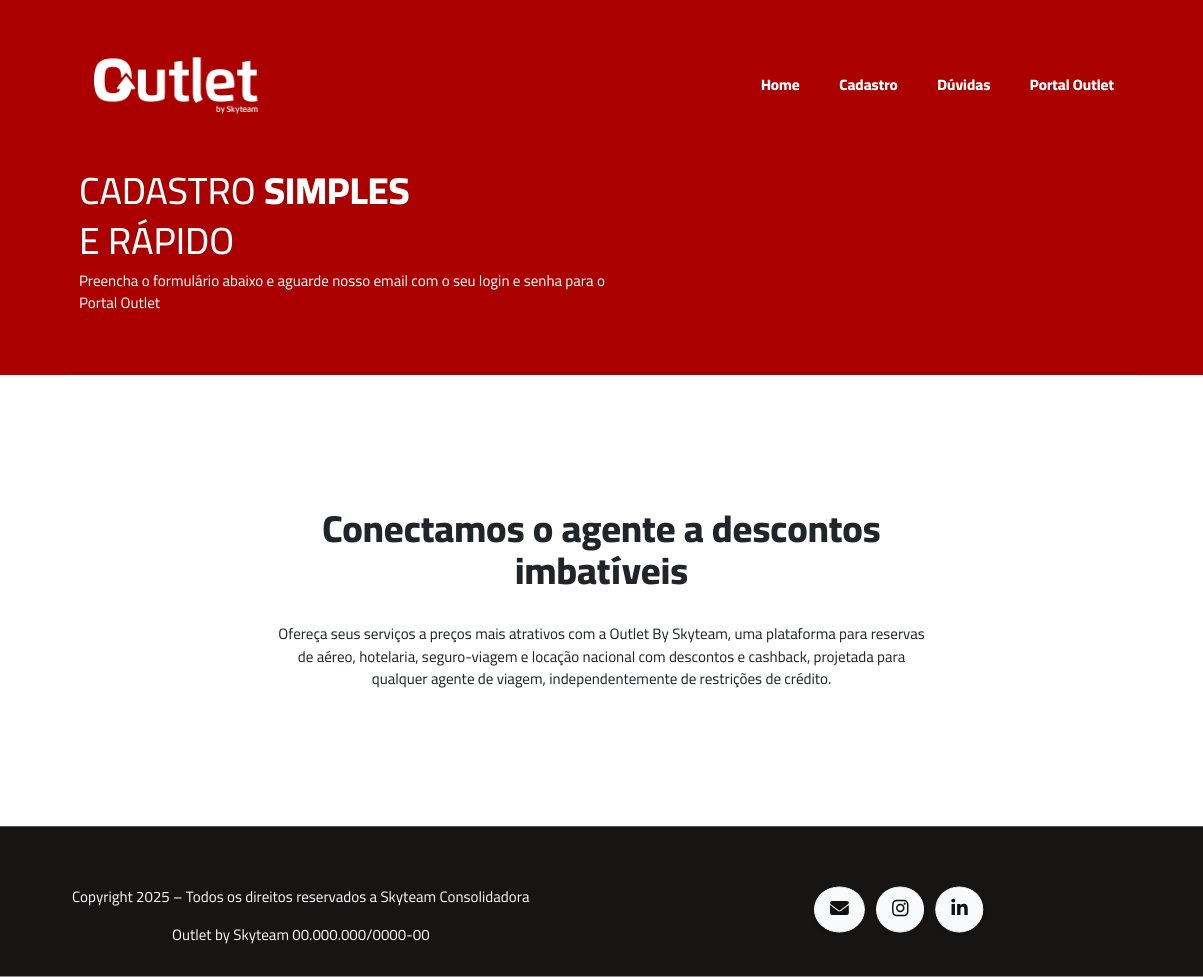
Repository: SkyTeam-Dev/Outlet_Site
Page: Site/Template_Page.html
An editor plug-in stored every save of this project. The page is shown before and after the next save, followed by the edit.
The browser window is 1280 px wide. The pictures show the whole page, at 94% of full size.
Some web libraries are served in a nearby version.

Above is the page before, as saved 2025-03-25 13:23:51.

After the next save:
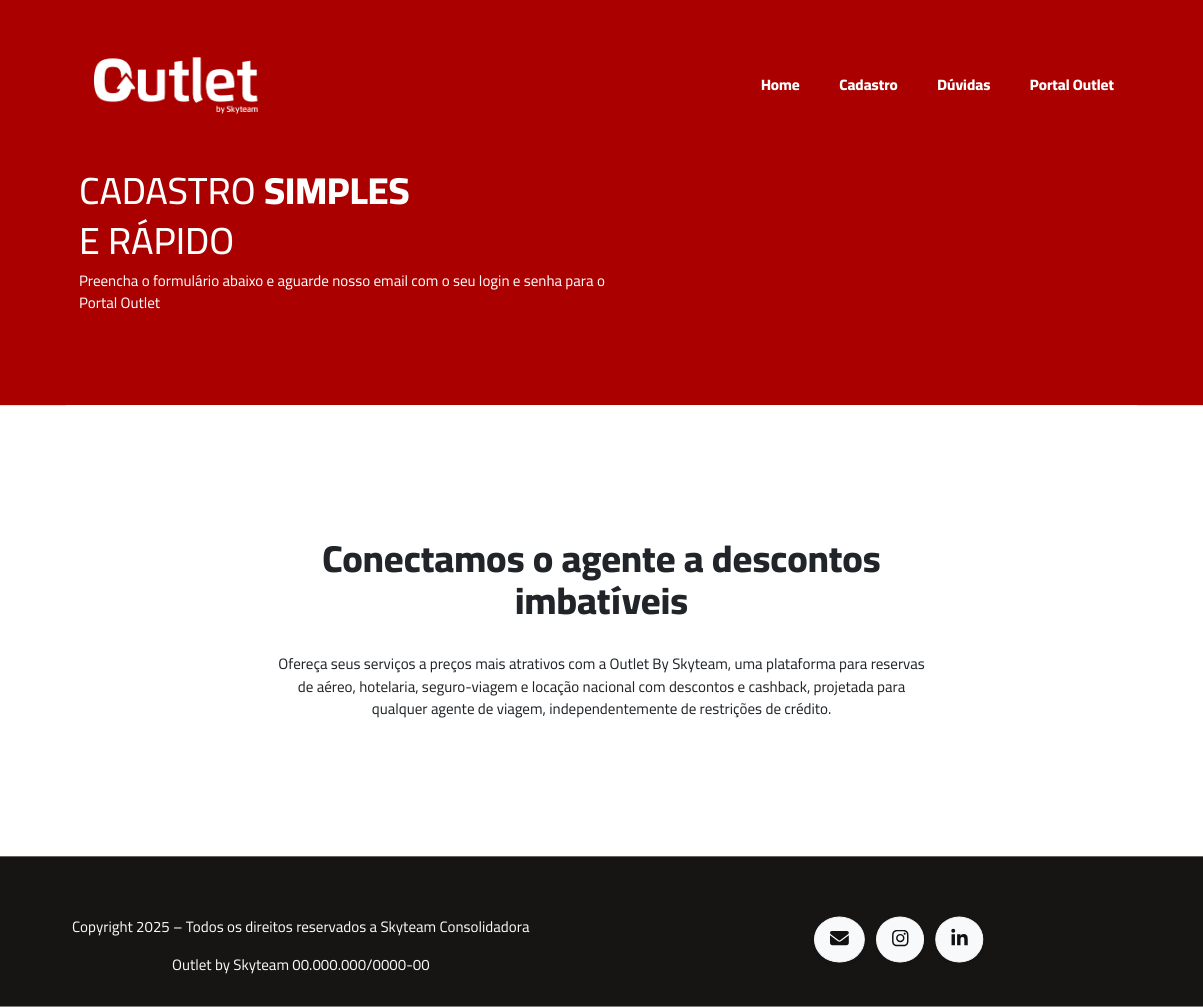
Saved 73 s later.
--- a/Site/Template_Page.html
+++ b/Site/Template_Page.html
@@ -224,7 +224,7 @@
                     </div>
                 </nav>
 
-                <div class="col-6 ml-3 mt-5">
+                <div class="col-6 ml-3 mt-5 mb-5">
                     <h1 class="text-white">CADASTRO <span class="font-weight-bold">SIMPLES</span></h1>
                     <h1 class="text-white">E RÁPIDO</h1>
                     <p class="text-white">Preencha o formulário abaixo e aguarde nosso email com
